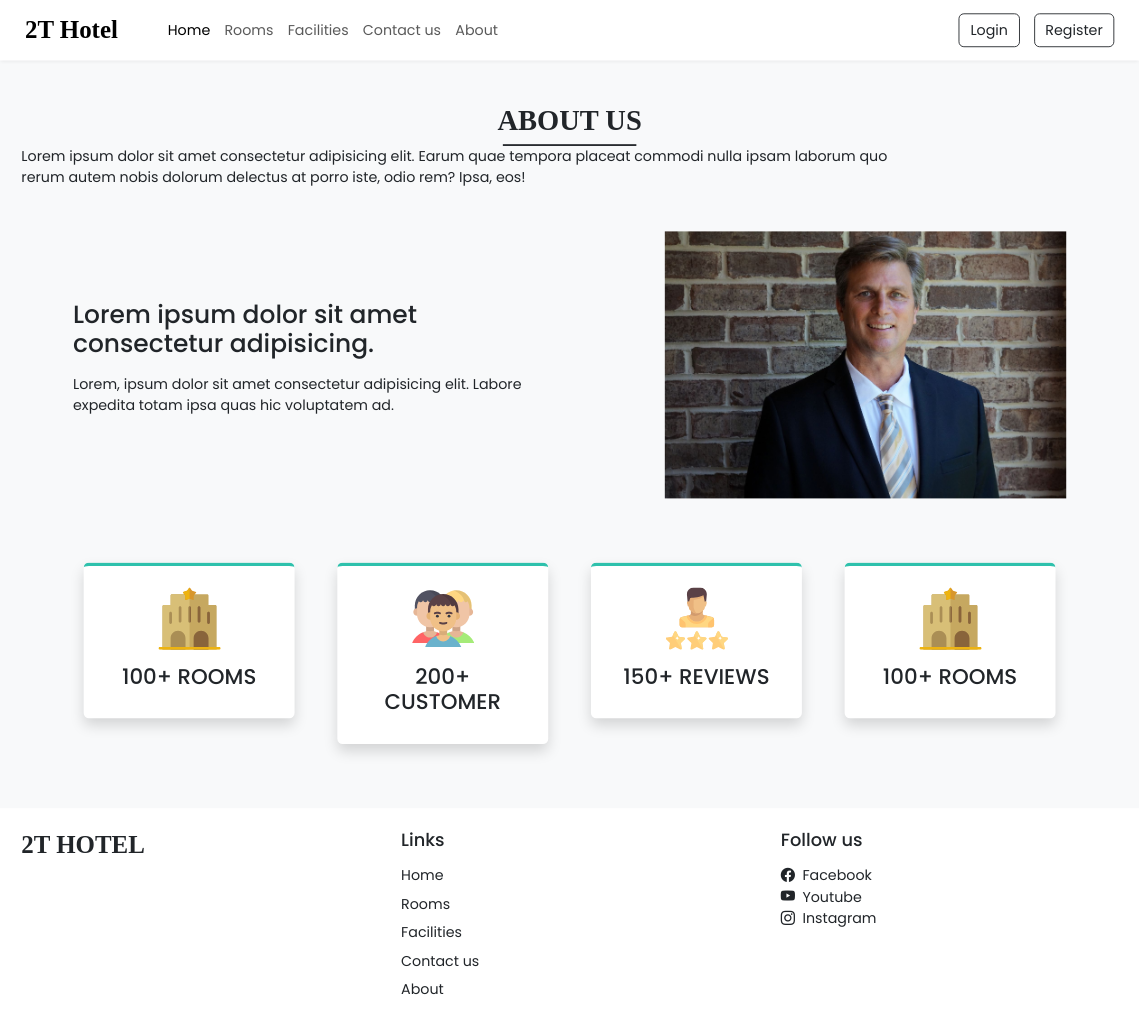
Repository: ntruong0906/desktop-tutorial
Page: http://localhost/about.php
These files come from the project's save history. The page is drawn as it stood at one moment and after the next save; the edit follows.
The browser window is 1280 px wide. The pictures show the whole page, at 89% of full size.
Some web fonts or font styles are not loaded; a fallback is used. The page is run by PHP 8.4 with error messages shown; the project is at /var/www/html/.

Above is the page before, as saved 2024-03-19 00:26:20.

### WebsiteBookingHotel/about.php
<!DOCTYPE html>
<html lang="en">

<head>
    <meta charset="UTF-8">
    <meta http-equiv="X-UA-Compatible" content="IE-edge">
    <meta name="viewport" content="width=device-width, initial-scale=1.0">
    <title>2T Hotel - ABOUT</title>
    <?php require('inc/links.php'); ?>
    <style>
    .pop:hover {
        border-top-color: var(--teal) !important;
        transform: scale(1.03);
        transition: all 0.3s;
    }
    </style>
    <link rel="stylesheet" href="https://cdn.jsdelivr.net/npm/swiper@11/swiper-bundle.min.css" />
    <style>
    @media screen and (max-width: 575px) {
        .availability-form {
            margin: 25px;
            padding: 0 35px;
        }
    }

    .box {
        border-top-color: var(--teal) !important;
    }
    </style>
</head>

<body class="bg-light">
    <?php require('inc/header.php'); ?>

    <div class="my-5 px-4">
        <h2 class="fw-bold h-font text-center">ABOUT US</h2>
        <div class="h-line bg-dark"></div>
        <p>Lorem ipsum dolor sit amet consectetur adipisicing elit. Earum quae tempora placeat commodi nulla ipsam
            laborum quo <br> rerum autem nobis dolorum delectus at porro iste, odio rem? Ipsa, eos!</p>
    </div>
    <div class="container">
        <div class="row justify-content-between align-items-center">
            <div class="col-lg-6 col-md-5 mb-4 order-lg-1 order-md-1 order-2">
                <h3 class="mb-3">Lorem ipsum dolor sit amet consectetur adipisicing.</h3>
                <p>Lorem, ipsum dolor sit amet consectetur adipisicing elit. Labore expedita totam ipsa quas hic
                    voluptatem ad.</p>
            </div>
            <div class="col-lg-5 col-md-5 mb-4 order-lg-2 order-md-2 order-1">
                <img src="images/about/about.jpg" class="w-100">
            </div>
        </div>
    </div>
    <div class="container mt-5">
        <div class="row">
            <div class="col-lg-3 col-md-6 mb-4 px-4">
                <div class="bg-white rounded shadow p-4 border-top border-4 text-center box">
                    <img src="images/about/hotel.svg" width="70px">
                    <h4 class="mt-3">100+ ROOMS</h4>
                </div>
            </div>
            <div class="col-lg-3 col-md-6 mb-4 px-4">
                <div class="bg-white rounded shadow p-4 border-top border-4 text-center box">
                    <img src="images/about/customers.svg" width="70px">
                    <h4 class="mt-3">200+ CUSTOMER</h4>
                </div>
            </div>
            <div class="col-lg-3 col-md-6 mb-4 px-4">
                <div class="bg-white rounded shadow p-4 border-top border-4 text-center box">
                    <img src="images/about/rating.svg" width="70px">
                    <h4 class="mt-3">150+ REVIEWS</h4>
                </div>
            </div>
            <div class="col-lg-3 col-md-6 mb-4 px-4">
                <div class="bg-white rounded shadow p-4 border-top border-4 text-center box">
                    <img src="images/about/hotel.svg" width="70px">
                    <h4 class="mt-3">100+ ROOMS</h4>
                </div>
            </div>
        </div>
    </div>

    <!-- footer -->
    <?php require('inc/footer.php'); ?>




    <!-- <script src="https://cdn.jsdelivr.net/npm/swiper@11/swiper-bundle.min.js"></script>
    <script src="https://cdn.jsdelivr.net/npm/bootstrap@5.3.3/dist/js/bootstrap.bundle.min.js"
        integrity="sha384-YvpcrYf0tY3lHB60NNkmXc5s9fDVZLESaAA55NDzOxhy9GkcIdslK1eN7N6jIeHz" crossorigin="anonymous">
    </script> -->
    <!-- <script>
    var swiper = new Swiper(".swiper-container", {
        spaceBetween: 30,
        effect: "fade",
        loop: true,
        autoplay: {
            delay: 3500,
            disableOnInteraction: false,
        }
    });
    var swiper = new Swiper(".swiper-testimonials", {
        effect: "coverflow",
        grabCursor: true,
        centeredSlides: true,
        slidesPerView: "auto",
        slidesPerView: "3",
        loop: true,
        coverflowEffect: {
            rotate: 50,
            stretch: 0,
            depth: 100,
            modifier: 1,
            slideShadows: false,
        },
        pagination: {
            el: ".swiper-pagination",
        },
        breakpoints: {
            320: {
                slidesPerView: 1,
            },
            640: {
                slidesPerView: 1,
            },
            768: {
                slidesPerView: 2,
            },
            1024: {
                slidesPerView: 3,
            },
        }
    });
    </script> -->
</body>

</html>

### WebsiteBookingHotel/inc/links.php
<link href="https://cdn.jsdelivr.net/npm/bootstrap@5.3.3/dist/css/bootstrap.min.css" rel="stylesheet"
    integrity="sha384-QWTKZyjpPEjISv5WaRU9OFeRpok6YctnYmDr5pNlyT2bRjXh0JMhjY6hW+ALEwIH" crossorigin="anonymous">
<link href="https://fonts.googleapis.com/css2?family=Merienda:wght@400;700&family=Poppins:wght@400;500;600&display=swap"
    rel="stylesheet">
<link rel="stylesheet" href="https://cdn.jsdelivr.net/npm/bootstrap-icons@1.11.3/font/bootstrap-icons.min.css">
<link rel="stylesheet" href="css/common.css">

### WebsiteBookingHotel/inc/header.php
<nav class="navbar navbar-expand-lg navbar-light bg-white px-lg-3 py-lg-2 shadow-sm sticky-top">
    <div class="container-fluid">
        <a class="navbar-brand me-5 fw-bold fs-3 h-font" href="index.php">2T Hotel</a>
        <button class="navbar-toggler shadow-none" type="button" data-bs-toggle="collapse"
            data-bs-target="#navbarSupportedContent" aria-controls="navbarSupportedContent" aria-expanded="false"
            aria-label="Toggle navigation">
            <span class="navbar-toggler-icon"></span>
        </button>
        <div class="collapse navbar-collapse" id="navbarSupportedContent">
            <ul class="navbar-nav me-auto mb-2 mb-lg-0">
                <li class="nav-item">
                    <a class="nav-link active" aria-current="page" href="index.php">Home</a>
                </li>
                <li class="nav-item">
                    <a class="nav-link" href="#">Rooms</a>
                </li>
                <li class="nav-item">
                    <a class="nav-link" href="facilities.php">Facilities</a>
                </li>
                <li class="nav-item">
                    <a class="nav-link" href="#">Contact us</a>
                </li>
                <li class="nav-item">
                    <a class="nav-link" href="about.php">About</a>
                </li>
            </ul>
            <div class="d-flex">
                <button type="button" class="btn btn-outline-dark shadow-none me-lg-3 me-2" data-bs-toggle="modal"
                    data-bs-target="#loginModal">
                    Login
                </button>
                <button type="button" class="btn btn-outline-dark shadow-none " data-bs-toggle="modal"
                    data-bs-target="#registerModal">
                    Register
                </button>
            </div>
        </div>
    </div>
</nav>

<!-- login -->
<div class="modal fade" id="loginModal" data-bs-backdrop="static" data-bs-keyboard="false" tabindex="-1"
    aria-labelledby="staticBackdropLabel" aria-hidden="true">
    <div class="modal-dialog">
        <div class="modal-content">
            <form>
                <div class="modal-header">
                    <h5 class="modal-title d-flex align-item-center">
                        <i class="bi bi-person-circle fs-5 me-2"></i> User login
                    </h5>
                    <button type="reset" class="btn-close shadow-none" data-bs-dismiss="modal"
                        aria-label="Close"></button>
                </div>
                <div class="modal-body">
                    <div class="mb-3">
                        <label class="form-label">Email address</label>
                        <input type="email" class="form-control shadow-none">
                    </div>
                    <div class="mb-4">
                        <label class="form-label">Password</label>
                        <input type="password" class="form-control shadow-none">
                    </div>
                    <div class="d-flex align-items-center justify-content-between mb-2">
                        <button type="submit" class="btn btn-dark shadow-none">LOGIN</button>
                        <a href="javascript: void(0)" class="text-secondary text-decoration-none">Forgot
                            Password?</a>
                    </div>
                </div>
            </form>
        </div>
    </div>
</div>

<!-- Register -->
<div class="modal fade" id="registerModal" data-bs-backdrop="static" data-bs-keyboard="false" tabindex="-1"
    aria-labelledby="staticBackdropLabel" aria-hidden="true">
    <div class="modal-dialog modal-lg">
        <div class="modal-content">
            <form>
                <div class="modal-header">
                    <h5 class="modal-title d-flex align-item-center">
                        <i class="bi bi-person-lines-fill fs-5 me-2"></i>
                        User Registration
                    </h5>
                    <button type="reset" class="btn-close shadow-none" data-bs-dismiss="modal"
                        aria-label="Close"></button>
                </div>
                <div class="modal-body">
                    <span class="badge rounded-pill bg-light text-dark mb-3 text-wrap lh-base">
                        Note: Your details must match with your ID (Aadhar card, passport, driving license, etc.)
                        that will be required dring check-in.
                    </span>
                    <div class="container-fluid">
                        <div class="row">
                            <!-- Name -->
                            <div class="col-md-6 ps-0 mb-3">
                                <label class="form-label">Name</label>
                                <input type="text" class="form-control shadow-none">
                            </div>
                            <!-- Email -->
                            <div class="col-md-6 p-0 mb-3">
                                <label class="form-label">Email</label>
                                <input type="email" class="form-control shadow-none">
                            </div>
                            <!-- Phone Number -->
                            <div class="col-md-6 ps-0 mb-3">
                                <label class="form-label">Phone Number</label>
                                <input type="number" class="form-control shadow-none">
                            </div>
                            <!-- Picture -->
                            <div class="col-md-6 p-0 mb-3">
                                <label class="form-label">Picture</label>
                                <input type="file" class="form-control shadow-none">
                            </div>
                            <!-- Address -->
                            <div class="col-md-12 p-0 mb-3">
                                <label class="form-label">Address</label>
                                <textarea class="form-control shadow-none" rows="1"></textarea>
                            </div>
                            <!-- Pincode -->
                            <div class="col-md-6 ps-0 mb-3">
                                <label class="form-label">Pincode</label>
                                <input type="number" class="form-control shadow-none">
                            </div>
                            <!-- Date of birth -->
                            <div class="col-md-6 p-0 mb-3">
                                <label class="form-label">Date of birth</label>
                                <input type="date" class="form-control shadow-none">
                            </div>
                            <!-- Password -->
                            <div class="col-md-6 ps-0 mb-3">
                                <label class="form-label">Password</label>
                                <input type="password" class="form-control shadow-none">
                            </div>
                            <!-- Comfirm Password -->
                            <div class="col-md-6 p-0 mb-3">
                                <label class="form-label">Comfirm Password</label>
                                <input type="password" class="form-control shadow-none">
                            </div>
                        </div>
                    </div>
                    <div class="text-center my-1">
                        <button type="submit" class="btn btn-dark shadow-none">REGISTER</button>
                    </div>
                </div>
            </form>
        </div>
    </div>
</div>

### WebsiteBookingHotel/inc/footer.php
<div class="container-fluid bg-white mt-5">
    <div class="row">
        <div class="col-lg-4 p-4">
            <h3 class="h-font fw-bold fs-3">2T HOTEL</h3>
            <p>

            </p>
        </div>
        <div class="col-lg-4 p-4">
            <h5 class="mb-3">Links</h5>
            <a href="#" class="d-inline-block mb-2 text-dark text-decoration-none">Home</a><br>
            <a href="#" class="d-inline-block mb-2 text-dark text-decoration-none">Rooms</a><br>
            <a href="#" class="d-inline-block mb-2 text-dark text-decoration-none">Facilities</a><br>
            <a href="#" class="d-inline-block mb-2 text-dark text-decoration-none">Contact us</a><br>
            <a href="#" class="d-inline-block mb-2 text-dark text-decoration-none">About</a>
        </div>
        <div class="col-lg-4 p-4">
            <h5 class="mb-3">Follow us</h5>
            <a href="#" class="d-inline-block text-dark text-decoration-none md-2">
                <i class="bi bi-facebook me-1"></i> Facebook
            </a><br>
            <a href="#" class="d-inline-block text-dark text-decoration-none md-2">
                <i class="bi bi-youtube me-1"></i> Youtube
            </a><br>
            <a href="#" class="d-inline-block text-dark text-decoration-none ">
                <i class="bi bi-instagram me-1"></i> Instagram
            </a><br>
        </div>
    </div>
</div>

### WebsiteBookingHotel/css/common.css
:root{
    --teal: #2ec1ac;
    --teal_hover: #279e8c;
}

* {
    font-family: 'Poppins', sans-serif;
}

.h-font {
    font-family: 'Merienda', cursive;
}

input::-webkit-outer-spin-button,
input::-webkit-inner-spin-button {
    -webkit-appearance: none;
    margin: 0;
}

/* input[type=number] {
    -moz-appearance: textfield;
} */

.custom-bg {
    background-color: var(--teal);
    border: 1px solid var(--teal);
}

.custom-bg:hover {
    background-color: var(--teal_hover);
    border-color: var(--teal_hover);
}

.availability-form {
    margin-top: -50px;
    z-index: 2;
    position: relative;
}
.h-line{
    width: 150px ;
    margin: 0 auto;
    height: 1.7px;
}

### WebsiteBookingHotel/images/about/hotel.svg
<?xml version="1.0" encoding="iso-8859-1"?>
<!-- Generator: Adobe Illustrator 19.0.0, SVG Export Plug-In . SVG Version: 6.00 Build 0)  -->
<svg version="1.1" id="Layer_1" xmlns="http://www.w3.org/2000/svg" xmlns:xlink="http://www.w3.org/1999/xlink" x="0px" y="0px"
	 viewBox="0 0 512 512" style="enable-background:new 0 0 512 512;" xml:space="preserve">
<path style="fill:#C6A860;" d="M33.391,511.998V155.824c0-6.147,4.983-11.13,11.13-11.13h55.652V66.781
	c0-6.147,4.983-11.13,11.13-11.13h100.174h89.043h100.174c6.147,0,11.13,4.983,11.13,11.13v77.913h55.652
	c6.147,0,11.13,4.983,11.13,11.13v356.174H33.391z"/>
<path style="fill:#D8BF77;" d="M256,511.998H33.391V155.824c0-6.147,4.983-11.13,11.13-11.13h55.652V66.781
	c0-6.147,4.983-11.13,11.13-11.13h100.174H256V511.998z"/>
<path style="fill:#AA8E55;" d="M222.609,417.39v94.609H100.174V417.39c0-33.81,27.408-61.217,61.217-61.217l0,0
	C195.201,356.172,222.609,383.58,222.609,417.39z M111.304,289.39v-77.913c0-6.147-4.983-11.13-11.13-11.13
	c-6.147,0-11.13,4.983-11.13,11.13v77.913c0,6.147,4.983,11.13,11.13,11.13C106.321,300.52,111.304,295.537,111.304,289.39z
	 M178.087,289.39c6.147,0,11.13-4.983,11.13-11.13V166.955c0-6.147-4.983-11.13-11.13-11.13c-6.147,0-11.13,4.983-11.13,11.13
	v111.304C166.957,284.406,171.94,289.39,178.087,289.39z M256,155.824c-6.147,0-11.13,4.983-11.13,11.13v111.304
	c0,6.147,4.983,11.13,11.13,11.13s11.13-4.983,11.13-11.13V166.955C267.13,160.807,262.147,155.824,256,155.824z M333.913,155.824
	c-6.147,0-11.13,4.983-11.13,11.13v111.304c0,6.147,4.983,11.13,11.13,11.13s11.13-4.983,11.13-11.13V166.955
	C345.043,160.807,340.06,155.824,333.913,155.824z M411.826,200.346c-6.147,0-11.13,4.983-11.13,11.13v77.913
	c0,6.147,4.983,11.13,11.13,11.13c6.147,0,11.13-4.983,11.13-11.13v-77.913C422.957,205.329,417.973,200.346,411.826,200.346z"/>
<path style="fill:#89643B;" d="M411.826,417.39v94.609H289.391V417.39c0-33.81,27.408-61.217,61.217-61.217l0,0
	C384.418,356.172,411.826,383.58,411.826,417.39z M333.913,289.39c6.147,0,11.13-4.983,11.13-11.13V166.955
	c0-6.147-4.983-11.13-11.13-11.13s-11.13,4.983-11.13,11.13v111.304C322.783,284.406,327.766,289.39,333.913,289.39z
	 M411.826,200.346c-6.147,0-11.13,4.983-11.13,11.13v77.913c0,6.147,4.983,11.13,11.13,11.13c6.147,0,11.13-4.983,11.13-11.13
	v-77.913C422.957,205.329,417.972,200.346,411.826,200.346z M256,155.824V289.39c6.147,0,11.13-4.983,11.13-11.13V166.955
	C267.13,160.807,262.146,155.824,256,155.824z"/>
<path style="fill:#D8962B;" d="M310.189,42.144l-19.549,26.143c-0.285,0.382-0.441,0.845-0.443,1.321l-0.177,32.643
	c-0.008,1.52-1.504,2.586-2.943,2.096l-30.904-10.514c-0.451-0.154-0.939-0.158-1.394-0.013l-31.1,9.919
	c-1.448,0.462-2.923-0.631-2.903-2.152l0.45-32.64c0.007-0.476-0.14-0.943-0.417-1.329l-19.044-26.513
	c-0.887-1.234-0.303-2.975,1.15-3.425l30.481-9.442c0.91-0.282,1.706-0.848,2.271-1.616L254.562,0.91
	c0.9-1.225,2.736-1.208,3.613,0.035l18.823,26.671c0.275,0.39,0.667,0.68,1.12,0.83l30.99,10.256
	C310.548,39.174,311.099,40.926,310.189,42.144z"/>
<path style="fill:#EDB311;" d="M201.775,41.104c-0.887-1.234-0.303-2.975,1.15-3.425l30.481-9.443
	c0.91-0.282,1.706-0.848,2.271-1.616l18.895-25.714c0.364-0.496,0.884-0.778,1.429-0.867v93.762
	c-0.398-0.099-0.816-0.108-1.21,0.018l-31.1,9.919c-1.448,0.462-2.923-0.631-2.903-2.152l0.45-32.64
	c0.007-0.476-0.14-0.943-0.417-1.329L201.775,41.104z M500.87,489.737H11.13c-6.147,0-11.13,4.983-11.13,11.13
	c0,6.147,4.983,11.13,11.13,11.13H500.87c6.147,0,11.13-4.983,11.13-11.13C512,494.72,507.017,489.737,500.87,489.737z"/>
<g>
</g>
<g>
</g>
<g>
</g>
<g>
</g>
<g>
</g>
<g>
</g>
<g>
</g>
<g>
</g>
<g>
</g>
<g>
</g>
<g>
</g>
<g>
</g>
<g>
</g>
<g>
</g>
<g>
</g>
</svg>

Loaded but not shown: WebsiteBookingHotel/images/about/customers.svg (105 lines, source omitted); WebsiteBookingHotel/images/about/staff.svg (110 lines, source omitted); WebsiteBookingHotel/images/about/rating.svg (92 lines, source omitted)

After the next save:
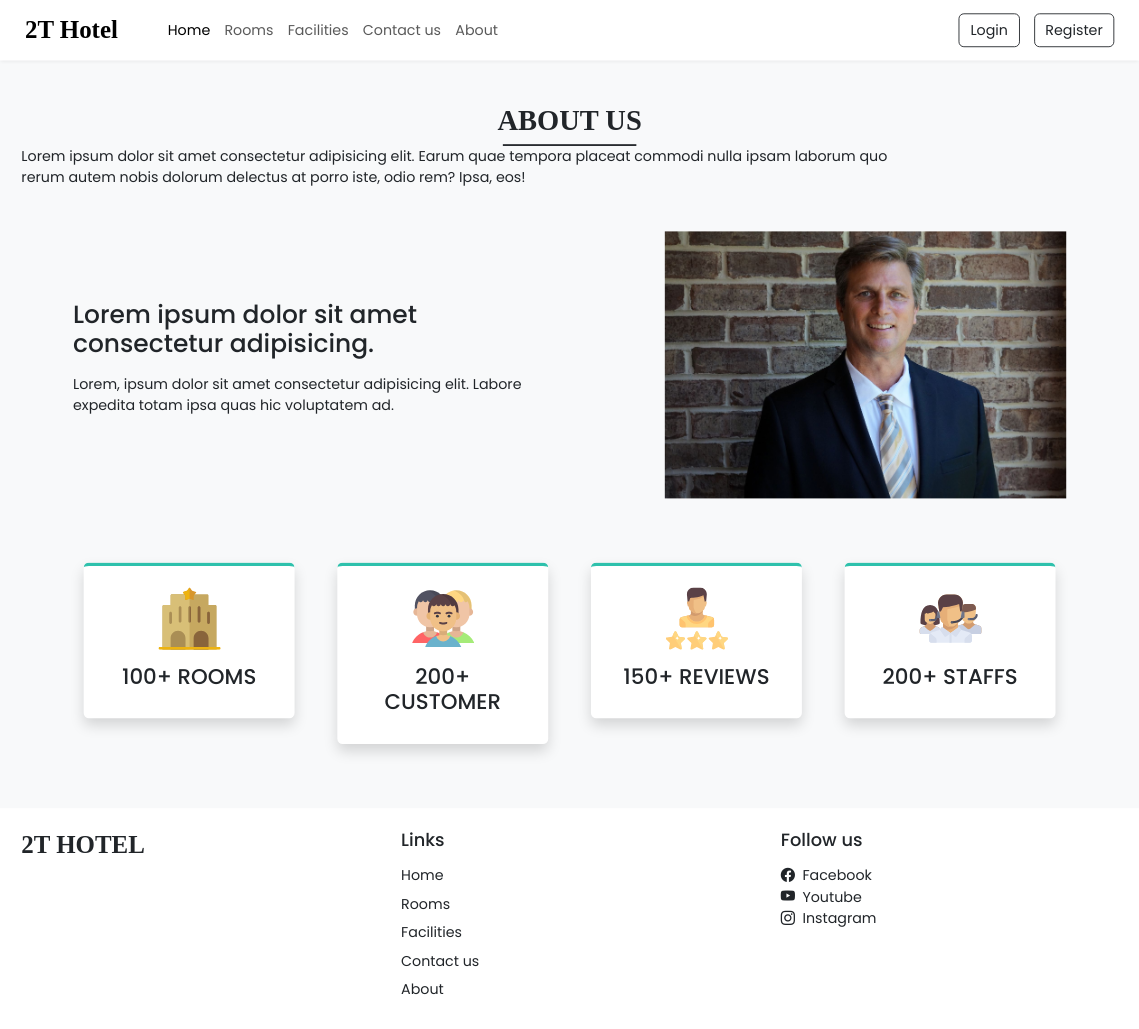
Saved 28 s later.
--- a/WebsiteBookingHotel/about.php
+++ b/WebsiteBookingHotel/about.php
@@ -72,8 +72,8 @@
             </div>
             <div class="col-lg-3 col-md-6 mb-4 px-4">
                 <div class="bg-white rounded shadow p-4 border-top border-4 text-center box">
-                    <img src="images/about/hotel.svg" width="70px">
-                    <h4 class="mt-3">100+ ROOMS</h4>
+                    <img src="images/about/staff.svg" width="70px">
+                    <h4 class="mt-3">200+ STAFFS</h4>
                 </div>
             </div>
         </div>
